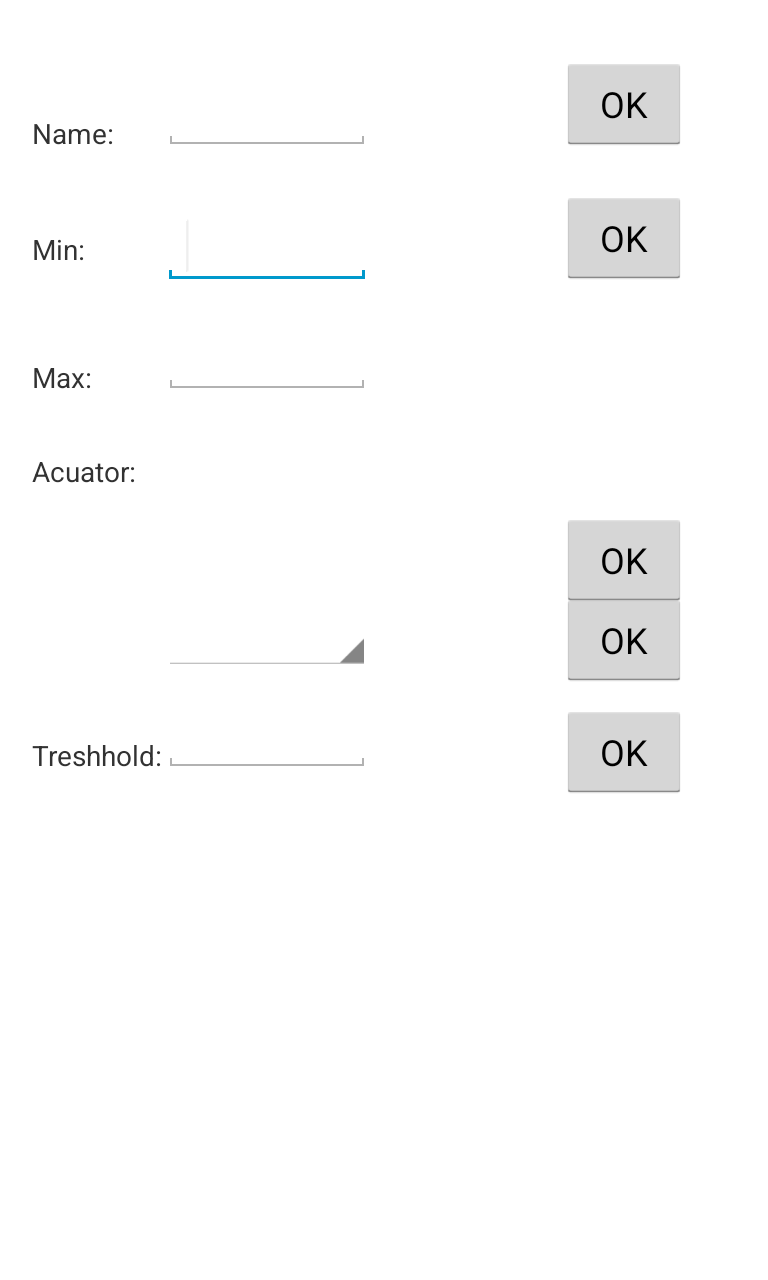
Repository: CTIS-SP-Team5/greenAgent
Layout: Android/GreenAgent/GreenAgent/res/layout/activity_view_setting.xml
The author's editor kept a copy of each file at every save. The layout is drawn from the files as they stood at one save, then again after the next save.
It is drawn on a 768 x 1280 px phone screen (xhdpi) without system bars, with theme AppTheme; the app's code is not run.

Above is the layout before, as saved 2014-05-05 18:06:16.

### Android/GreenAgent/GreenAgent/res/layout/activity_view_setting.xml
<RelativeLayout xmlns:android="http://schemas.android.com/apk/res/android"
    xmlns:tools="http://schemas.android.com/tools"
    android:layout_width="match_parent"
    android:layout_height="match_parent"
    android:paddingBottom="@dimen/activity_vertical_margin"
    android:paddingLeft="@dimen/activity_horizontal_margin"
    android:paddingRight="@dimen/activity_horizontal_margin"
    android:paddingTop="@dimen/activity_vertical_margin"
    tools:context=".ViewSettingActivity" >

    <TextView
        android:id="@+id/textView4"
        android:layout_width="wrap_content"
        android:layout_height="wrap_content"
        android:layout_alignLeft="@+id/textView3"
        android:layout_below="@+id/editText3"
        android:layout_marginTop="28dp"
        android:text="Acuator:" />

    <TextView
        android:id="@+id/textView3"
        android:layout_width="wrap_content"
        android:layout_height="wrap_content"
        android:layout_alignLeft="@+id/textView1"
        android:layout_below="@+id/editText2"
        android:layout_marginTop="36dp"
        android:text="Max:" />

    <TextView
        android:id="@+id/textView1"
        android:layout_width="wrap_content"
        android:layout_height="wrap_content"
        android:layout_alignLeft="@+id/textView2"
        android:layout_below="@+id/textView2"
        android:layout_marginTop="39dp"
        android:text="Min:" />

    <TextView
        android:id="@+id/textView2"
        android:layout_width="wrap_content"
        android:layout_height="wrap_content"
        android:layout_alignParentTop="true"
        android:layout_marginTop="41dp"
        android:text="Name:" />

    <EditText
        android:id="@+id/editText1"
        android:layout_width="wrap_content"
        android:layout_height="wrap_content"
        android:layout_alignBottom="@+id/textView2"
        android:layout_toRightOf="@+id/textView5"
        android:ems="5" />

    <EditText
        android:id="@+id/editText2"
        android:layout_width="wrap_content"
        android:layout_height="wrap_content"
        android:layout_alignBaseline="@+id/textView1"
        android:layout_alignBottom="@+id/textView1"
        android:layout_alignLeft="@+id/editText1"
        android:ems="5" >

        <requestFocus />
    </EditText>

    <EditText
        android:id="@+id/editText3"
        android:layout_width="wrap_content"
        android:layout_height="wrap_content"
        android:layout_alignBottom="@+id/textView3"
        android:layout_alignLeft="@+id/editText2"
        android:ems="5" />

    <EditText
        android:id="@+id/editText5"
        android:layout_width="wrap_content"
        android:layout_height="wrap_content"
        android:layout_alignBottom="@+id/textView5"
        android:layout_toRightOf="@+id/textView5"
        android:ems="5" />

    <Spinner
        android:id="@+id/spinner1"
        android:layout_width="wrap_content"
        android:layout_height="wrap_content"
        android:layout_alignLeft="@+id/editText5"
        android:layout_alignRight="@+id/editText5"
        android:layout_centerVertical="true" />

    <Button
        android:id="@+id/button2"
        android:layout_width="wrap_content"
        android:layout_height="wrap_content"
        android:layout_alignBottom="@+id/editText2"
        android:layout_alignLeft="@+id/button1"
        android:text="OK" />

    <Button
        android:id="@+id/button1"
        android:layout_width="wrap_content"
        android:layout_height="wrap_content"
        android:layout_alignBottom="@+id/editText1"
        android:layout_alignParentRight="true"
        android:layout_marginRight="24dp"
        android:text="OK" />

    <Button
        android:id="@+id/button5"
        android:layout_width="wrap_content"
        android:layout_height="wrap_content"
        android:layout_alignBaseline="@+id/textView5"
        android:layout_alignBottom="@+id/textView5"
        android:layout_alignLeft="@+id/button4"
        android:text="OK" />

    <TextView
        android:id="@+id/textView5"
        android:layout_width="wrap_content"
        android:layout_height="wrap_content"
        android:layout_alignLeft="@+id/textView4"
        android:layout_below="@+id/spinner1"
        android:layout_marginTop="32dp"
        android:text="Treshhold:" />

    <Button
        android:id="@+id/button4"
        android:layout_width="wrap_content"
        android:layout_height="wrap_content"
        android:layout_alignLeft="@+id/button3"
        android:layout_centerVertical="true"
        android:text="OK" />

    <Button
        android:id="@+id/button3"
        android:layout_width="wrap_content"
        android:layout_height="wrap_content"
        android:layout_above="@+id/spinner1"
        android:layout_alignLeft="@+id/button2"
        android:text="OK" />

</RelativeLayout>

Loaded but not shown: Android/GreenAgent/GreenAgent/res/values/styles.xml (common file); Android/GreenAgent/GreenAgent/res/values-v11/styles.xml (common file); Android/GreenAgent/GreenAgent/res/values-v14/styles.xml (common file); Android/GreenAgent/GreenAgent/res/values/dimens.xml (common file)

After the next save:
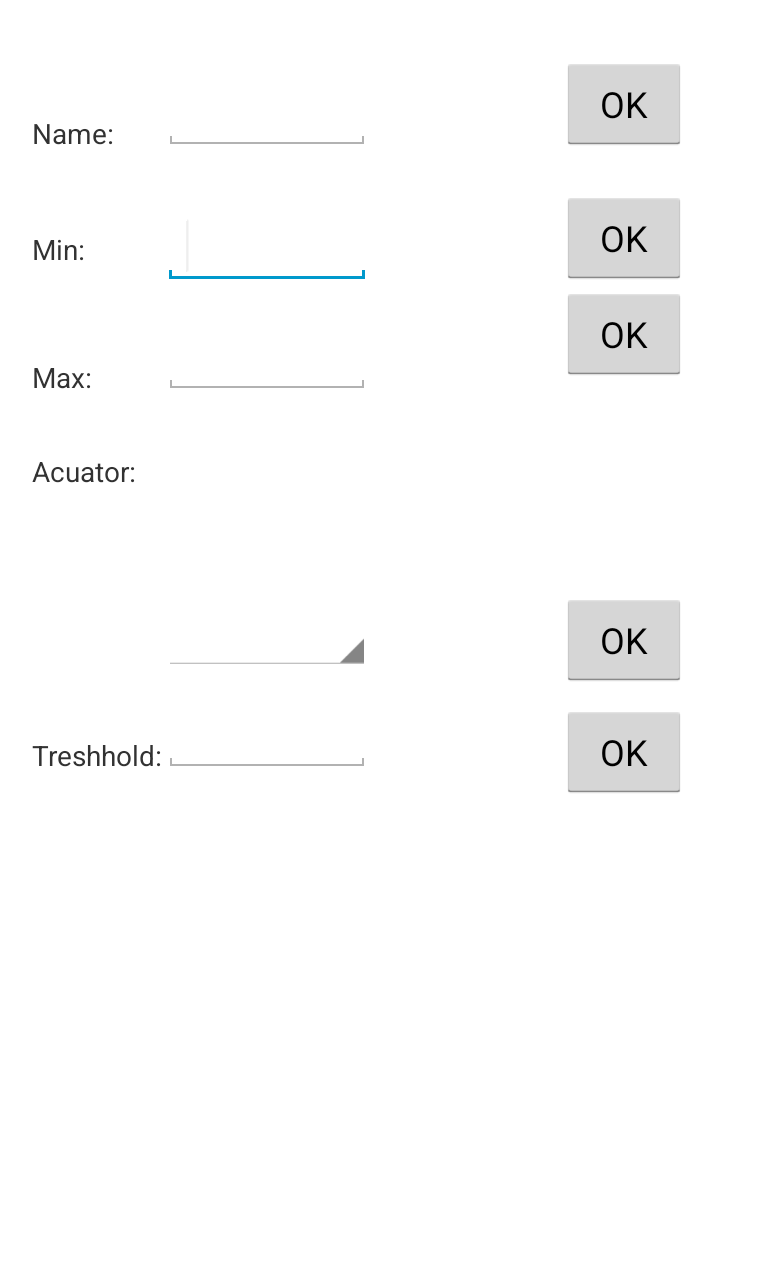
Saved 32 s later.
--- a/Android/GreenAgent/GreenAgent/res/layout/activity_view_setting.xml
+++ b/Android/GreenAgent/GreenAgent/res/layout/activity_view_setting.xml
@@ -71,14 +71,6 @@
         android:layout_alignLeft="@+id/editText2"
         android:ems="5" />
 
-    <EditText
-        android:id="@+id/editText5"
-        android:layout_width="wrap_content"
-        android:layout_height="wrap_content"
-        android:layout_alignBottom="@+id/textView5"
-        android:layout_toRightOf="@+id/textView5"
-        android:ems="5" />
-
     <Spinner
         android:id="@+id/spinner1"
         android:layout_width="wrap_content"
@@ -130,12 +122,20 @@
         android:layout_centerVertical="true"
         android:text="OK" />
 
+    <EditText
+        android:id="@+id/editText5"
+        android:layout_width="wrap_content"
+        android:layout_height="wrap_content"
+        android:layout_alignBottom="@+id/textView5"
+        android:layout_alignLeft="@+id/editText3"
+        android:ems="5" />
+
     <Button
         android:id="@+id/button3"
         android:layout_width="wrap_content"
         android:layout_height="wrap_content"
-        android:layout_above="@+id/spinner1"
         android:layout_alignLeft="@+id/button2"
+        android:layout_below="@+id/editText2"
         android:text="OK" />
 
 </RelativeLayout>
